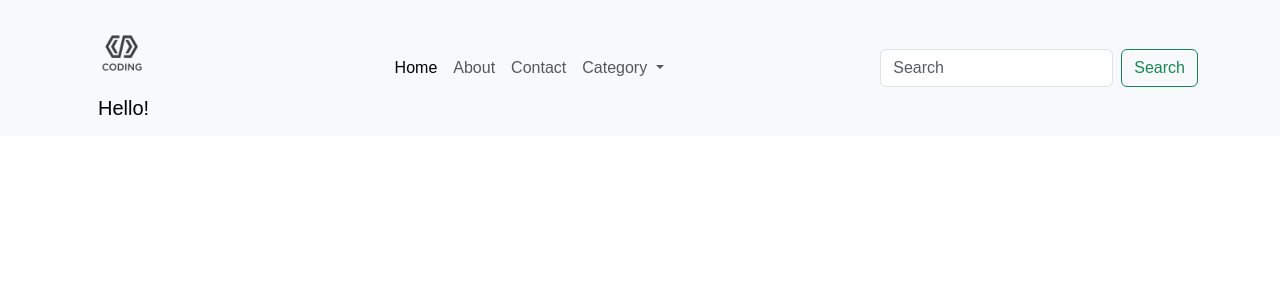
Repository: gitDominusoft/NewProject
Page: index.html
These files come from the project's save history. The page is drawn as it stood at one moment and after the next save; the edit follows.
The browser window is 1280 px wide. The pictures show the whole page.

Above is the page before, as saved 2024-12-09 15:30:56.

### index.html
<!DOCTYPE html>
<html lang="en">

<head>
    <meta charset="UTF-8">
    <meta name="viewport" content="width=device-width, initial-scale=1.0">
    <title>Document</title>
    <!-- CSS bootstrap -->
    <link rel="stylesheet" href="css/bootstrap.min.css">
    <!-- CSS  -->
    <link rel="stylesheet" href="css/style.css">
</head>

<body>

    <!-- nis navbar -->
    <nav class="navbar navbar-expand-lg bg-body-tertiary">
        <div class="container">
            <a class="navbar-brand" href="index.html"><img src="images/logo.png" alt=""> <br>
                <span class="ps-3">Hello!</span></a>
            <button class="navbar-toggler" type="button" data-bs-toggle="collapse"
                data-bs-target="#navbarSupportedContent" aria-controls="navbarSupportedContent" aria-expanded="false"
                aria-label="Toggle navigation">
                <span class="navbar-toggler-icon"></span>
            </button>
            <div class="collapse navbar-collapse" id="navbarSupportedContent">
                <ul class="navbar-nav mx-auto mb-2 mb-lg-0">
                    <li class="nav-item">
                        <a class="nav-link active" aria-current="page" href="index.html">Home</a>
                    </li>
                    <li class="nav-item">
                        <a class="nav-link" href="about.html">About</a>
                    </li>
                    <li class="nav-item">
                        <a class="nav-link btn btn-warning" href="contact.html">Contact</a>
                    </li>

                    <li class="nav-item dropdown">
                        <a class="nav-link dropdown-toggle" href="#" role="button" data-bs-toggle="dropdown"
                            aria-expanded="false">
                            Category
                        </a>
                        <ul class="dropdown-menu">
                            <li><a class="dropdown-item" href="#">Action</a></li>
                            <li><a class="dropdown-item" href="#">Another action</a></li>
                            <li>
                                <hr class="dropdown-divider">
                            </li>
                            <li><a class="dropdown-item" href="#">Something else here</a></li>
                        </ul>
                    </li>
                </ul>
                <form class="d-flex" role="search">
                    <input class="form-control me-2" type="search" placeholder="Search" aria-label="Search">
                    <button class="btn btn-outline-success" type="submit">Search</button>
                </form>
            </div>
        </div>
    </nav>
    <!-- fund navbar -->

    <!-- JS Bootstrap -->
    <script src="js/bootstrap.bundle.min.js"></script>
    <!-- JS -->
    <script src="js/index.js"></script>
</body>

</html>

### css/style.css
* {
    margin: 0;
    padding: 0;
    box-sizing: border-box;
    /* border: 1px solid red; */
}

body {
    line-height: 1.5;
    font-size: 1em;
    font-family: Arial, Helvetica, sans-serif;
}

.navbar-brand img {
    width: 80px;
    height: 80px;
}

Loaded but not shown: css/bootstrap.min.css (library); js/bootstrap.bundle.min.js (library); js/index.js (no stored copy; drawn as an empty file)

After the next save:
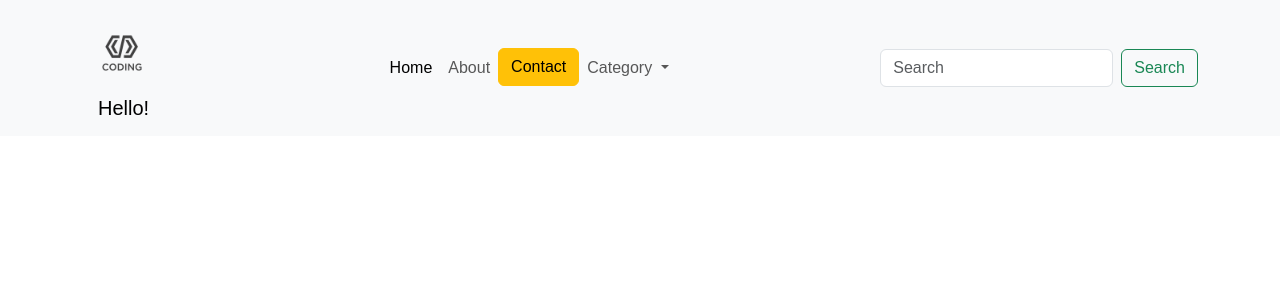
Saved 41 s later.
--- a/index.html
+++ b/index.html
@@ -32,7 +32,7 @@
                         <a class="nav-link" href="about.html">About</a>
                     </li>
                     <li class="nav-item">
-                        <a class="nav-link btn btn-warning" href="contact.html">Contact</a>
+                        <a class=" btn btn-warning" href="contact.html">Contact</a>
                     </li>
 
                     <li class="nav-item dropdown">
